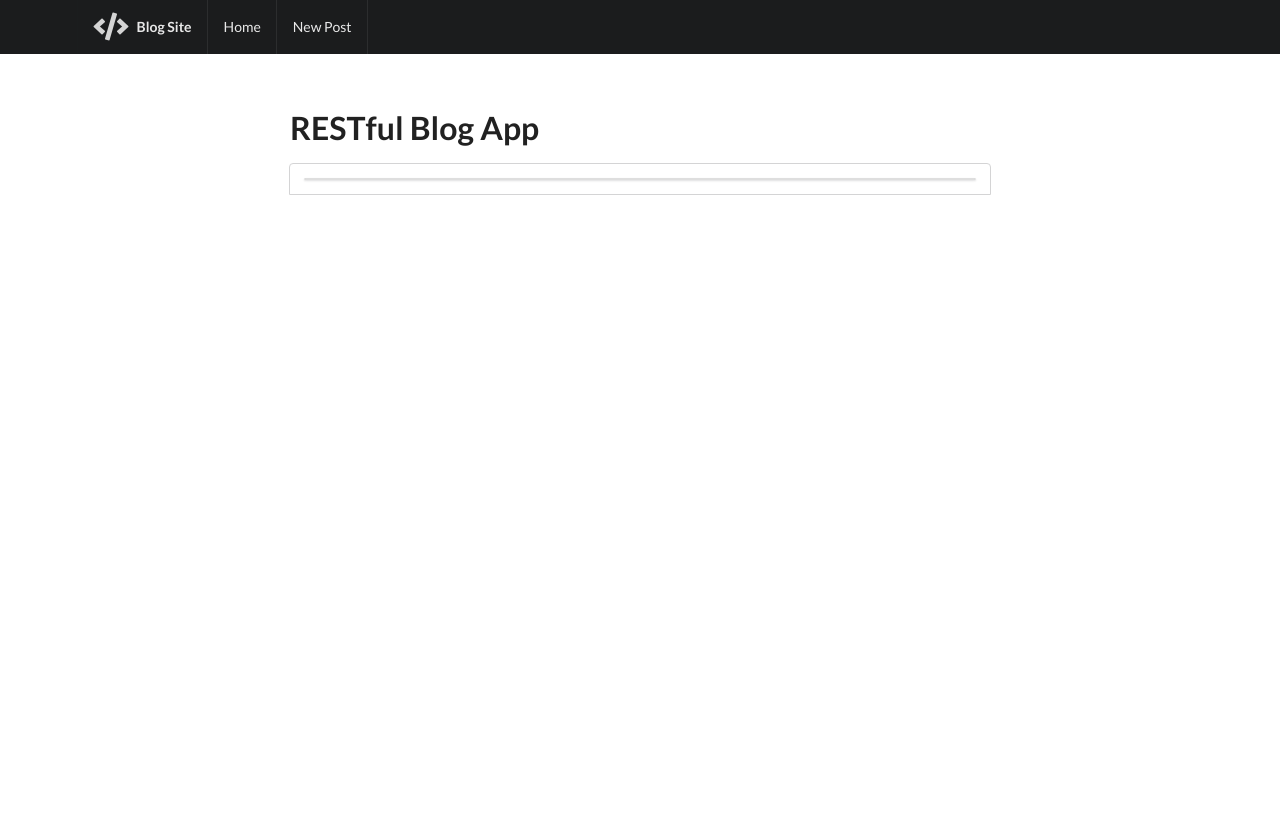
Repository: bosicheng/yelpcamp-project
Page: http://localhost/blogs
The author's editor kept a record of every edit. The page is drawn from the files as they stood at one moment, then again after the next edit.
The browser window is 1280 px wide. The pictures show the whole page.
The page is served by the project's Node server (RESTful Routing/RESTfulBlogApp/app.js). Queries for data that is not in the repository find no rows.

Above is the page before.

### RESTful Routing/RESTfulBlogApp/views/index.ejs
<% include partials/header %>

<div class='ui main text container'>
    <div class='ui huge header'>RESTful Blog App</div>
    <div class='ui top attached segment'>
        <div class='ui divided segments'>
            <% blogs.forEach(function(blog,index){ %>
                <div class='item'>
                    <div class='image'>
                        <img src='<%=blog.image%>'>
                    </div>
                    <div class='content'>
                        <a class='header' href='/blogs/<%= blog._id%>'><%=blog.title%></a>
                        <div class='meta'>
                            <span><%=blog.created.toDateString()%></span>
                        </div>
                        <div class='description'>
                            <!--这里由于index没必要显示所有内容所以只取前100个字符显示-->
                            <!--注意substring方法中s不是大写-->
                            <p><%-blog.body.substring(0,100)%>...</p>
                            <!--由于每个blog id不一样，不能直接:id-->
                        </div>
                        <div class='extra'>
                            <a class='ui floated basic violet button' href='/blogs/<%= blog._id%>'>
                                Read More
                                <i class='right chevron icon'></i>
                            </a>
                        </div>
                    </div>
                </div>
            <% }) %>
        </div>
    </div>
</div>

<% include partials/footer %>

### RESTful Routing/RESTfulBlogApp/views/partials/header.ejs
<!DOCTYPE html>
<html>
    <head>
        <title>Blog App</title>
        <link rel="stylesheet" href="https://cdn.jsdelivr.net/npm/semantic-ui@2.4.2/dist/semantic.min.css">
        <!--下面的stylesheets前面一定要加slash!!-->
        <link rel="stylesheet" href="/stylesheets/app.css">
    </head>
    <body>
        <div class='ui fixed inverted menu'>
            <div class='ui container'>
                 <div class='header item'><i class='code icon'></i>Blog Site</div>
                 <a href='/' class='item'>Home</a>
                 <a href='/blogs/new' class='item'>New Post</a>
            </div>
        </div>

### RESTful Routing/RESTfulBlogApp/app.js
var express=require("express");
var app=express();
var bodyParser=require("body-parser");
var mongoose=require("mongoose");
var methodOverride=require('method-override');
var expressSanitizer=require('express-sanitizer');

//APP CONFIG
mongoose.connect('mongodb://localhost:27017/restful_blog_app', { useNewUrlParser: true });
app.set('view engine','ejs');
app.use(express.static('public'));
app.use(bodyParser.urlencoded({extended:true}));
app.use(methodOverride("_method"));
app.use(expressSanitizer());

//MONGOOSE CONFIG

var blogSchema=new mongoose.Schema({
    title:String,
    image:String,
    body:String,
    // 设置默认样式
    created:{
                type:Date,
                default:Date.now
            }
});

var Blog=mongoose.model("Blog",blogSchema);

//RESTful Routes

app.get('/',function(req,res){
    res.redirect('/blogs');
})

//INDEX
app.get('/blogs',function(req,res){
    Blog.find({},function(err,blogs){
        if(err){
            console.log('ERROR!');
        }
        else{
            res.render('index',{blogs:blogs})
        }
    })
})

//NEW
app.get('/blogs/new',function(req,res){
    res.render('new')
})

//CREATE
app.post('/blogs',function(req,res){
    //create blog
    console.log(req.body);
    // sanitizer会把所有的script标签去掉保留html标签
    req.body.blog.body=req.sanitize(req.body.blog.body);
    console.log(req.body);
    Blog.create(req.body.blog,function(err,newBlog){
        if(err){
            res.render('new')
        }
        else{
            res.redirect('blogs')
        }
    })
    //redirect to the index
})

//SHOW
app.get('/blogs/:id',function(req,res){
    Blog.findById(req.params.id,function(err,foundBlog){
        if(err){
            res.redirect('/blogs');
        }
        else{
            res.render('show',{blog:foundBlog})
        }
    })
})

//EDIT
app.get('/blogs/:id/edit',function(req,res){
    Blog.findById(req.params.id,function(err,foundBlog){
        if(err){
            res.redirect('blogs')
        }
        else{
            res.render('edit',{blog:foundBlog})
        }
    })
})

//UPDATE同时也发生在EDIT GET到的界面里
// 操作是在edit的form表单中写PUT欺骗html是POST但是express会识别并将其改成PUT
//UPDATE
app.put('/blogs/:id',function(req,res){
    req.body.blog.body=req.sanitize(req.body.blog.body);
    Blog.findByIdAndUpdate(req.params.id,req.body.blog,function(err,updatedBlog){
        if(err){
            res.redirect('/blogs')
        }
        else{
            res.redirect('/blogs/'+req.params.id)
        }
    })
})


//DELETE
app.delete('/blogs/:id',function(req,res){
    //destroy the blog and redirect somewhere
    Blog.findByIdAndRemove(req.params.id,function(err){
        if(err){
            res.redirect('/blogs')
        }
        else{
            res.redirect('/blogs')
        }
    })
})

app.listen(process.env.PORT,process.env.IP,function(){
    console.log("Server is listening!");
})

### RESTful Routing/RESTfulBlogApp/public/stylesheets/app.css
i.icon{
    font-size: 2em;
}
/*这里不要加空格！，连在一起写是两个class都有的意思*/
.container.main{
    margin-top: 7em;
}
#delete{
    display: inline;
}

Loaded but not shown: RESTful Routing/RESTfulBlogApp/views/partials/footer.ejs (common file)

After the next edit:
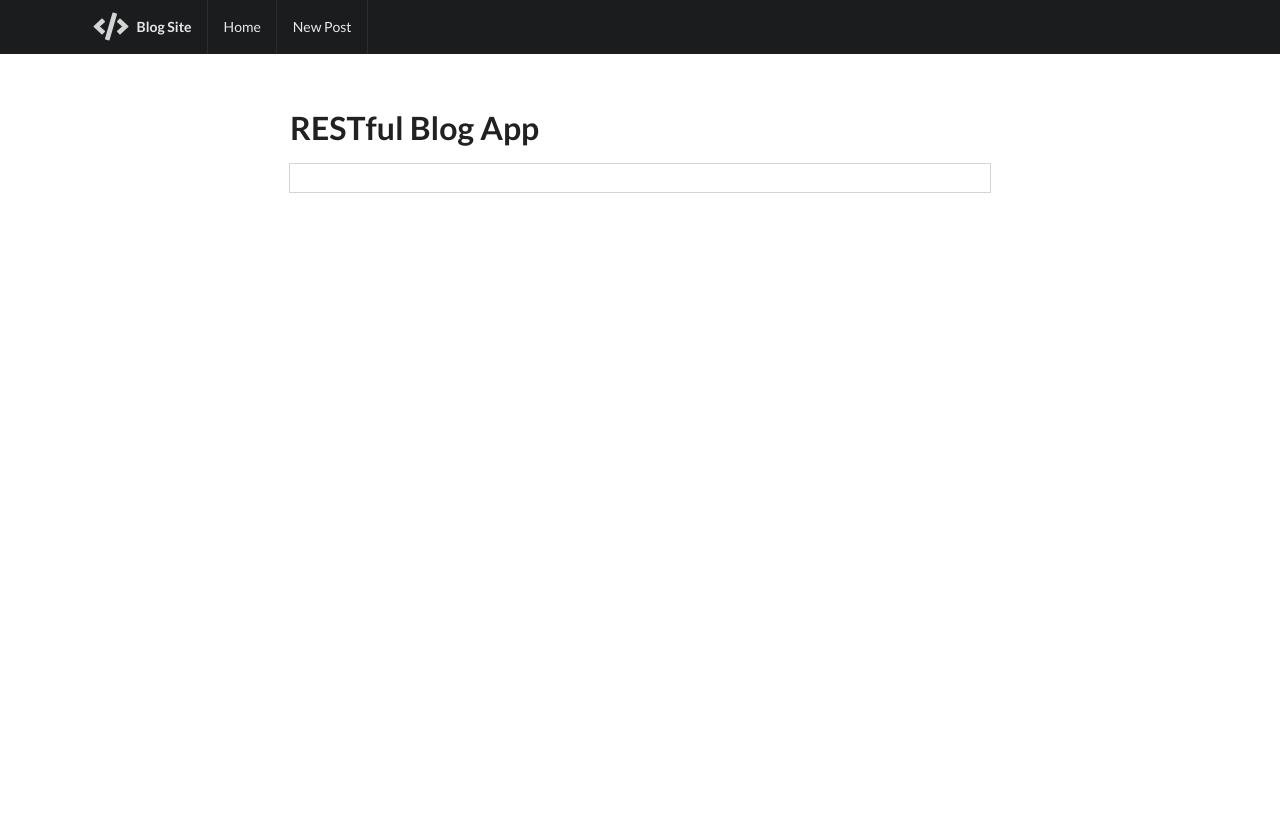
The edit:
--- a/RESTful Routing/RESTfulBlogApp/views/index.ejs
+++ b/RESTful Routing/RESTfulBlogApp/views/index.ejs
@@ -1,20 +1,20 @@
-<% include partials/header %>
+<% include ./partials/header %>
 
-<div class='ui main text container'>
-    <div class='ui huge header'>RESTful Blog App</div>
-    <div class='ui top attached segment'>
-        <div class='ui divided segments'>
-            <% blogs.forEach(function(blog,index){ %>
-                <div class='item'>
-                    <div class='image'>
-                        <img src='<%=blog.image%>'>
+<div class="ui main text container">
+    <div class="ui huge header">RESTful Blog App</div>
+    <div class="ui top  attached segment">
+        <div class="ui divided items">
+            <% blogs.forEach(function(blog){ %>
+                <div class="item">
+                    <div class="image">
+                        <img src="<%= blog.image %>" >
                     </div>
-                    <div class='content'>
-                        <a class='header' href='/blogs/<%= blog._id%>'><%=blog.title%></a>
-                        <div class='meta'>
-                            <span><%=blog.created.toDateString()%></span>
-                        </div>
-                        <div class='description'>
+                    <div class="content">
+                         <a class="header" href="/blogs/<%= blog._id %>"><%=blog.title%></a>
+                         <div class="meta">
+                             <span><%= blog.created.toDateString() %></span>
+                         </div>
+                         <div class="description">
                             <!--这里由于index没必要显示所有内容所以只取前100个字符显示-->
                             <!--注意substring方法中s不是大写-->
                             <p><%-blog.body.substring(0,100)%>...</p>
